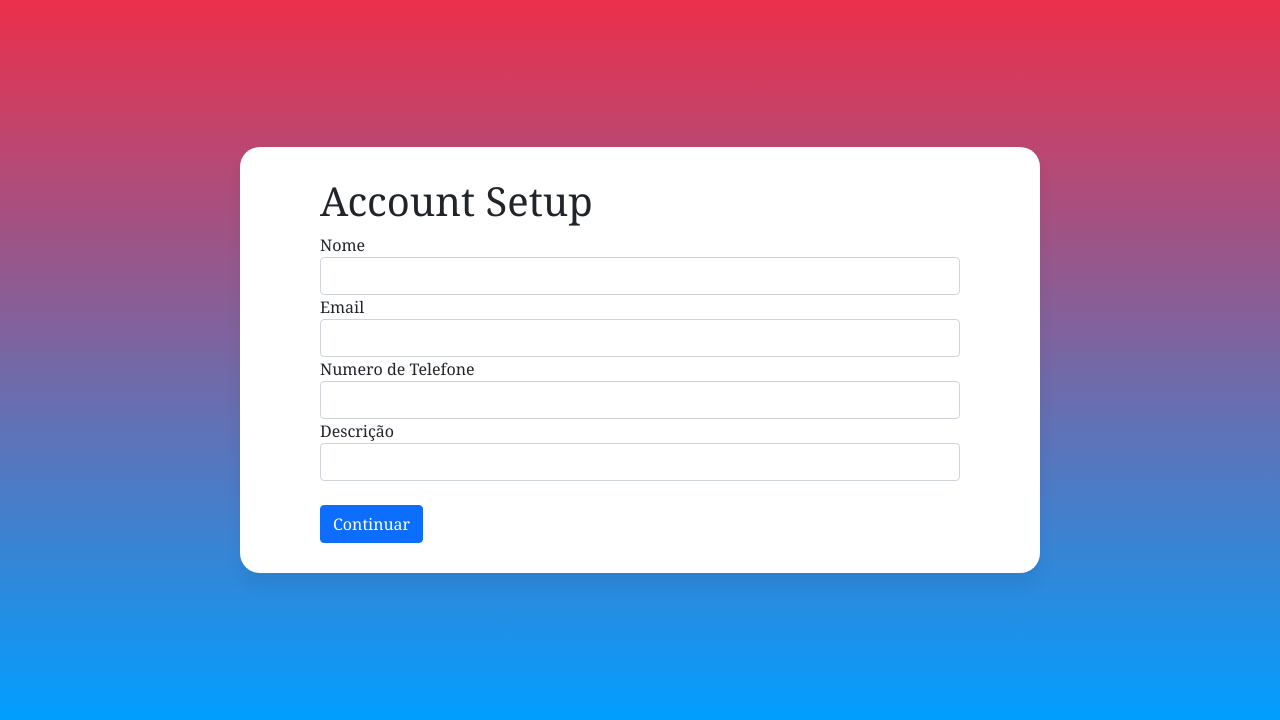
Repository: DeanLemosXD/ReactJS-3steps-form
Page: /
The author's editor kept a copy of each file at every save. The page is drawn from the files as they stood at one save, then again after the next save.
The browser window is 1280 px wide. The pictures show the whole page.
The project was rebuilt for these pictures with package versions that can differ from the ones it lists, and the page was loaded fresh each time. Imported but missing from the stored project, and not drawn on this page: src/components/Confirm, src/components/OtherData.

Above is the page before, as saved 2021-10-26 17:05:18.

After the next save:
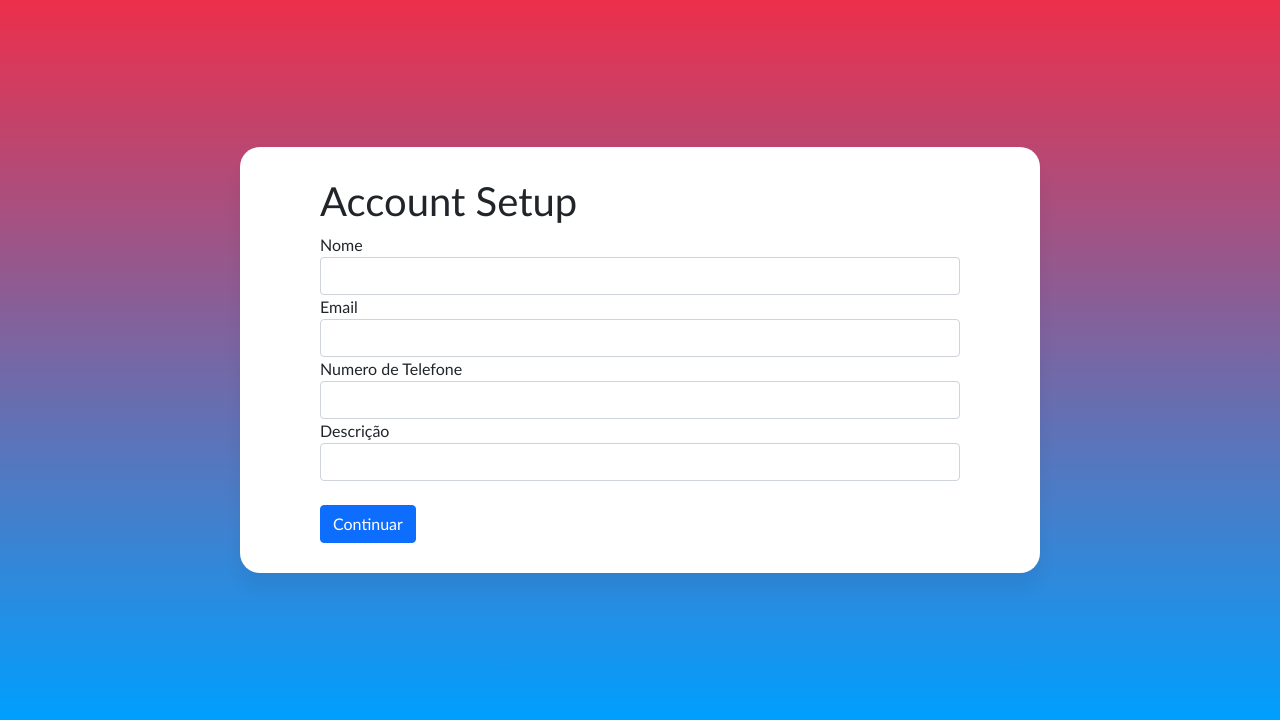
Saved 11 s later.
--- a/src/App.css
+++ b/src/App.css
@@ -15,7 +15,7 @@
 }
 
 .form-container {
-  font-family:Georgia, 'Times New Roman', Times, serif;
+  font-family:'Trebuchet MS', 'Lucida Sans Unicode', 'Lucida Grande', 'Lucida Sans', Arial, sans-serif;
   background: #fff;
   border-radius: 20px;
   padding: 30px 80px;
